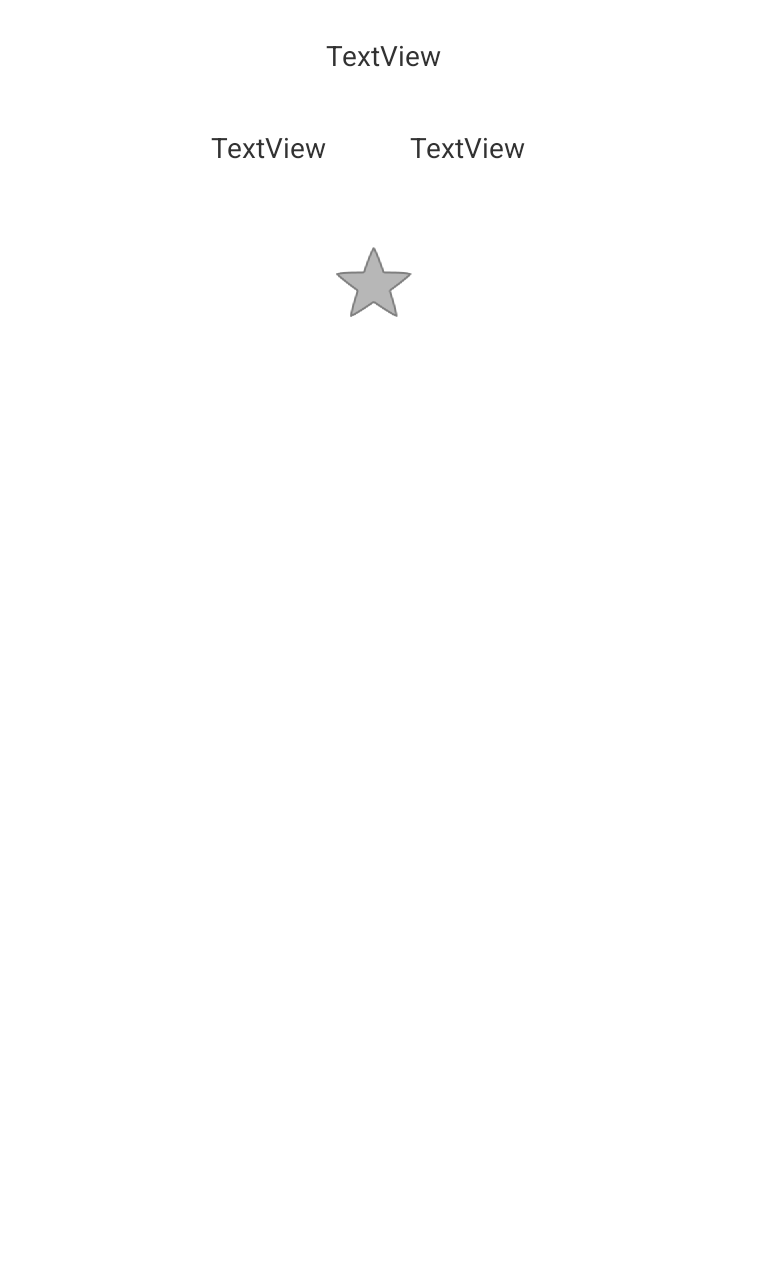
Repository: arianaantonio/Java2_Antonio
Layout: SpaceImageViewer/res/layout/details_activity.xml
These files come from the project's save history. The layout is drawn as it stood at one moment and after the next save; the edit follows.
It is drawn on a 768 x 1280 px phone screen (xhdpi) without system bars, with theme AppTheme; the app's code is not run.

Above is the layout before, as saved 2014-07-15 06:51:43.

### SpaceImageViewer/res/layout/details_activity.xml
<?xml version="1.0" encoding="utf-8"?>
<RelativeLayout xmlns:android="http://schemas.android.com/apk/res/android"
    android:layout_width="match_parent"
    android:layout_height="match_parent"
    android:orientation="vertical" >

    <TextView
        android:id="@+id/title"
        android:layout_width="wrap_content"
        android:layout_height="wrap_content"
        android:layout_alignParentTop="true"
        android:layout_centerHorizontal="true"
        android:layout_marginTop="18dp"
        android:text="TextView" />

    <TextView
        android:id="@+id/user"
        android:layout_width="wrap_content"
        android:layout_height="wrap_content"
        android:layout_below="@+id/title"
        android:layout_marginTop="27dp"
        android:layout_toLeftOf="@+id/title"
        android:text="TextView" />

    <TextView
        android:id="@+id/camera"
        android:layout_width="wrap_content"
        android:layout_height="wrap_content"
        android:layout_alignBaseline="@+id/user"
        android:layout_alignBottom="@+id/user"
        android:layout_alignLeft="@+id/title"
        android:layout_marginLeft="42dp"
        android:text="TextView" />

    <RatingBar
        android:id="@+id/ratingBar"
        android:layout_width="wrap_content"
        android:layout_height="wrap_content"
        android:layout_alignLeft="@+id/title"
        android:layout_below="@+id/camera"
        android:layout_marginTop="34dp"
        android:numStars="1"
        android:rating="0.0"
        android:stepSize="1.0" />

</RelativeLayout>

Loaded but not shown: SpaceImageViewer/res/values/styles.xml (common file); SpaceImageViewer/res/values-v11/styles.xml (common file); SpaceImageViewer/res/values-v14/styles.xml (common file)

After the next save:
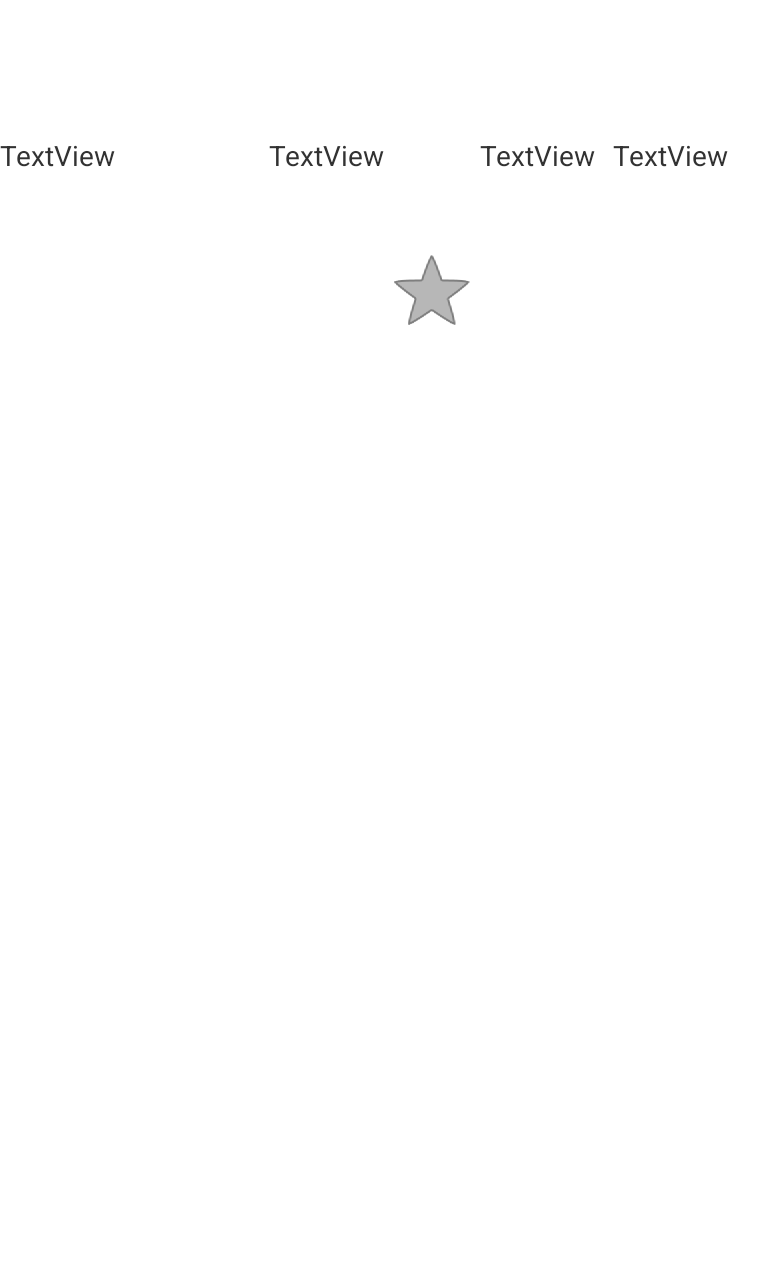
Saved 85 s later.
--- a/SpaceImageViewer/res/layout/details_activity.xml
+++ b/SpaceImageViewer/res/layout/details_activity.xml
@@ -11,26 +11,7 @@
         android:layout_alignParentTop="true"
         android:layout_centerHorizontal="true"
         android:layout_marginTop="18dp"
-        android:text="TextView" />
-
-    <TextView
-        android:id="@+id/user"
-        android:layout_width="wrap_content"
-        android:layout_height="wrap_content"
-        android:layout_below="@+id/title"
-        android:layout_marginTop="27dp"
-        android:layout_toLeftOf="@+id/title"
-        android:text="TextView" />
-
-    <TextView
-        android:id="@+id/camera"
-        android:layout_width="wrap_content"
-        android:layout_height="wrap_content"
-        android:layout_alignBaseline="@+id/user"
-        android:layout_alignBottom="@+id/user"
-        android:layout_alignLeft="@+id/title"
-        android:layout_marginLeft="42dp"
-        android:text="TextView" />
+        android:text="" />
 
     <RatingBar
         android:id="@+id/ratingBar"
@@ -43,4 +24,40 @@
         android:rating="0.0"
         android:stepSize="1.0" />
 
+    <TextView
+        android:id="@+id/textView1"
+        android:layout_width="wrap_content"
+        android:layout_height="wrap_content"
+        android:layout_alignBaseline="@+id/user"
+        android:layout_alignBottom="@+id/user"
+        android:layout_alignParentLeft="true"
+        android:text="TextView" />
+
+    <TextView
+        android:id="@+id/camera"
+        android:layout_width="wrap_content"
+        android:layout_height="wrap_content"
+        android:layout_alignBaseline="@+id/user"
+        android:layout_alignBottom="@+id/user"
+        android:layout_alignParentRight="true"
+        android:layout_marginRight="20dp"
+        android:text="TextView" />
+
+    <TextView
+        android:id="@+id/textView2"
+        android:layout_width="wrap_content"
+        android:layout_height="wrap_content"
+        android:layout_above="@+id/ratingBar"
+        android:layout_toRightOf="@+id/ratingBar"
+        android:text="TextView" />
+
+    <TextView
+        android:id="@+id/user"
+        android:layout_width="wrap_content"
+        android:layout_height="wrap_content"
+        android:layout_below="@+id/title"
+        android:layout_marginTop="31dp"
+        android:layout_toLeftOf="@+id/title"
+        android:text="TextView" />
+
 </RelativeLayout>
